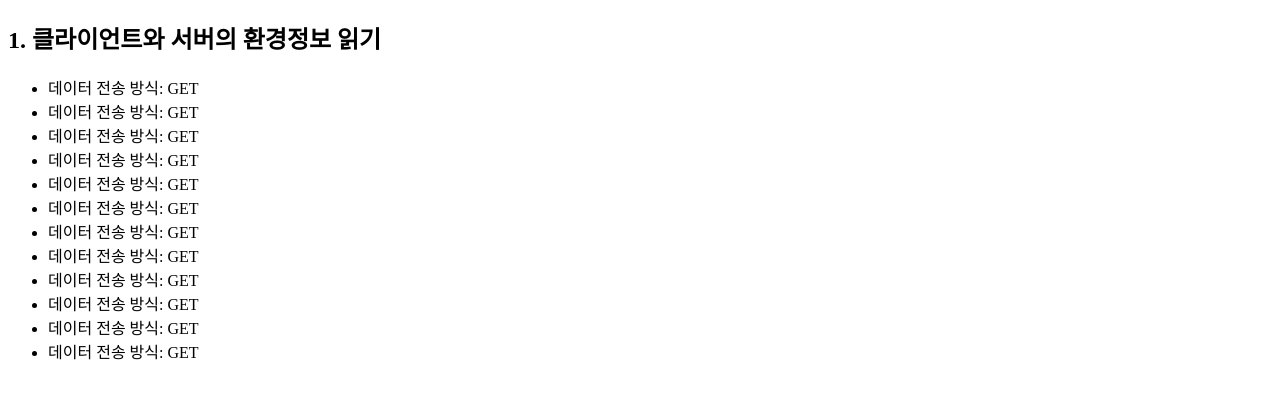
Repository: Motibidu/JSP_Servlet
Page: http://localhost/MushHaveJsp/02ImplicitObject/RequestWebInfo.jsp
These files come from the project's save history. The page is drawn as it stood at one moment and after a run of saves; the edit follows.
The browser window is 1280 px wide. The pictures show the whole page.
The page is served by Tomcat 10.

Above is the page before, as saved 2025-05-02 05:58:41.

After the next 2 saves:
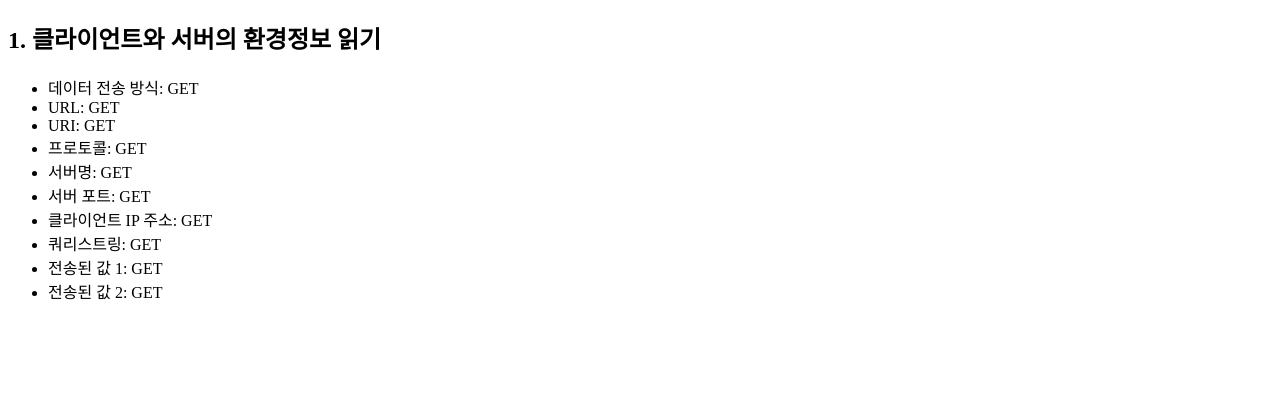
The 2 saves are shown as one change because they came seconds apart.
The last was saved 42 s later.
--- a/MushHaveJsp/src/main/webapp/02ImplicitObject/RequestWebInfo.jsp
+++ b/MushHaveJsp/src/main/webapp/02ImplicitObject/RequestWebInfo.jsp
@@ -10,17 +10,15 @@
 	<h2>1. 클라이언트와 서버의 환경정보 읽기</h2>
 	<ul>
 		<li>데이터 전송 방식: <%= request.getMethod() %></li>
-		<li>데이터 전송 방식: <%= request.getMethod() %></li>
-		<li>데이터 전송 방식: <%= request.getMethod() %></li>
-		<li>데이터 전송 방식: <%= request.getMethod() %></li>
-		<li>데이터 전송 방식: <%= request.getMethod() %></li>
-		<li>데이터 전송 방식: <%= request.getMethod() %></li>
-		<li>데이터 전송 방식: <%= request.getMethod() %></li>
-		<li>데이터 전송 방식: <%= request.getMethod() %></li>
-		<li>데이터 전송 방식: <%= request.getMethod() %></li>
-		<li>데이터 전송 방식: <%= request.getMethod() %></li>
-		<li>데이터 전송 방식: <%= request.getMethod() %></li>
-		<li>데이터 전송 방식: <%= request.getMethod() %></li>
+		<li>URL: <%= request.getMethod() %></li>
+		<li>URI: <%= request.getMethod() %></li>
+		<li>프로토콜: <%= request.getMethod() %></li>
+		<li>서버명: <%= request.getMethod() %></li>
+		<li>서버 포트: <%= request.getMethod() %></li>
+		<li>클라이언트 IP 주소: <%= request.getMethod() %></li>
+		<li>쿼리스트링: <%= request.getMethod() %></li>
+		<li>전송된 값 1: <%= request.getMethod() %></li>
+		<li>전송된 값 2: <%= request.getMethod() %></li>
 	</ul>
 </body>
 </html>
